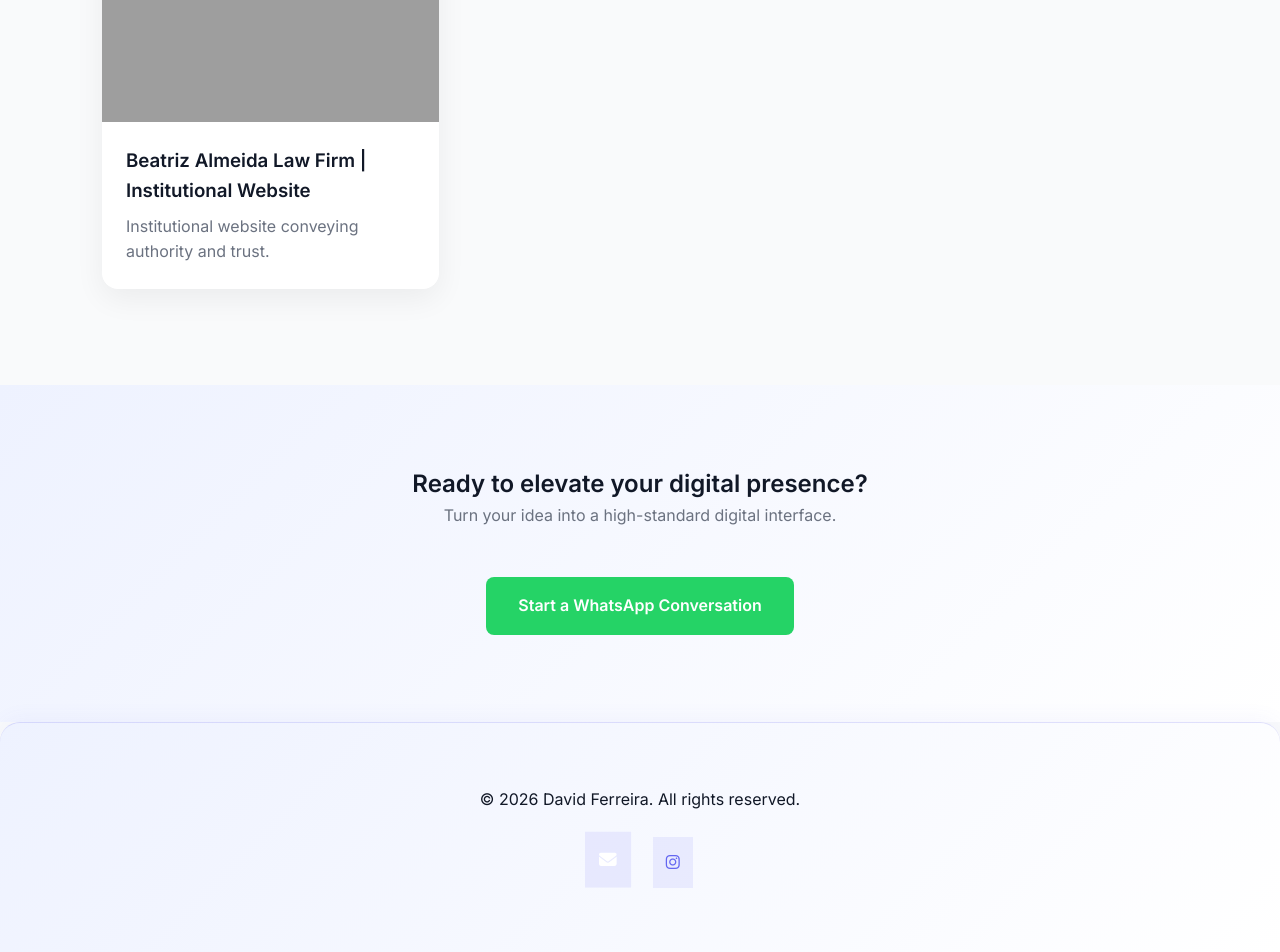
Repository: davidfsillva/David_Ferreira
Page: index.html
These files come from the project's save history. The page is drawn as it stood at one moment and after the next save; the edit follows.
The browser window is 1280 px wide. The pictures show the part of the page from y = 1996 to 2948 px (the page is 2948 px tall).
The pointer rests on the first visible `.social-links a`.
Pictures or frames that could not be fetched are drawn as grey boxes.

Above is the page before, as saved 2026-02-11 15:17:32.
Console error: TypeError: Cannot read properties of null (reading 'addEventListener')

After the next save:
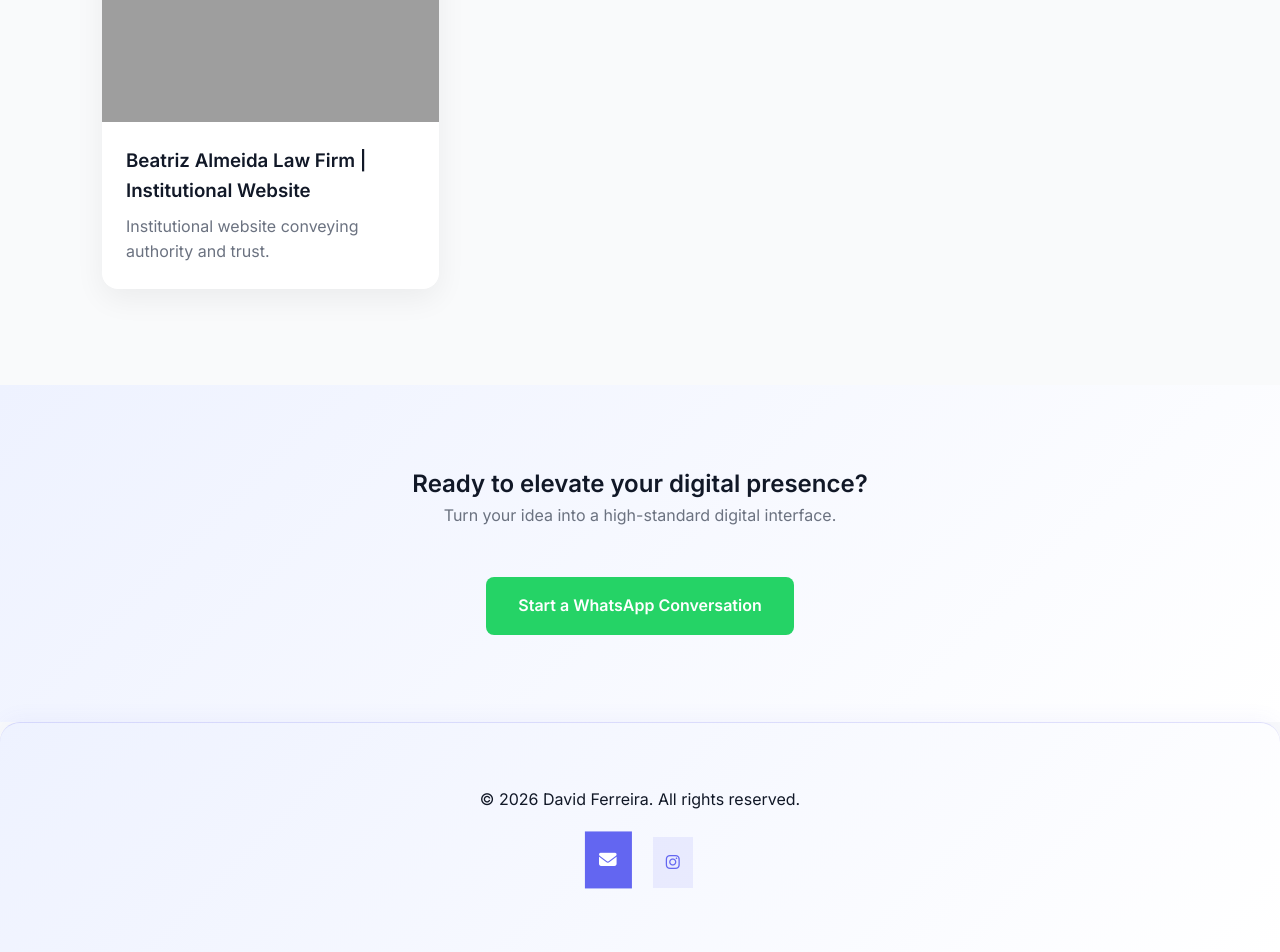
Saved 4 s later.
--- a/style.css
+++ b/style.css
@@ -439,6 +439,7 @@ footer {
 
 .social-links a:hover {
   transform: translateY(-3px) scale(1.1);
+  background: var(--primary);
   color: white;
 }
 
